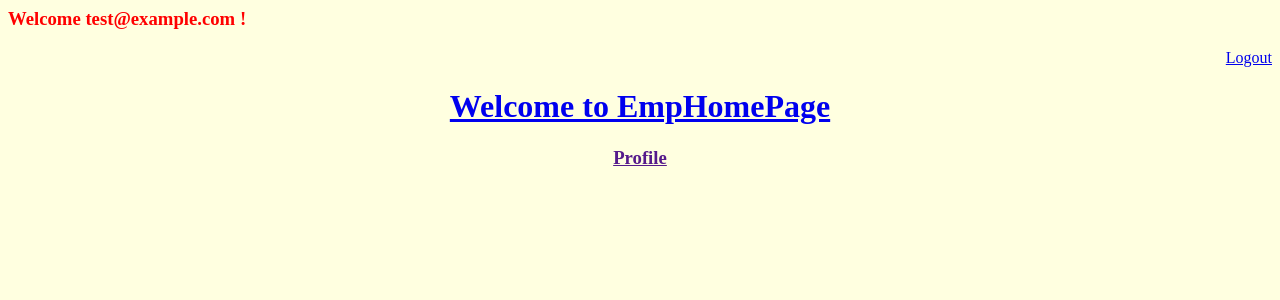
Repository: Ranjith-Kondra/FSD57_MODULE3
Page: http://localhost/EmpWebApp/EmpHomePage
An editor plug-in stored every save of this project. The page is shown before and after the next save, followed by the edit.
The browser window is 1280 px wide. The pictures show the whole page.
The page is served by Tomcat 9. The session is filled in as if someone had signed in: {"emailId": "test@example.com"}. Other server files are loaded and not shown.

Above is the page before, as saved 2024-01-08 09:20:33.

### AdvJava/WorkSpace2/EmpWebApp/src/com/web/EmpHomePage.java
package com.web;

import java.io.IOException;
import java.io.PrintWriter;

import javax.servlet.ServletException;
import javax.servlet.annotation.WebServlet;
import javax.servlet.http.HttpServlet;
import javax.servlet.http.HttpServletRequest;
import javax.servlet.http.HttpServletResponse;
import javax.servlet.http.HttpSession;

@WebServlet("/EmpHomePage")
public class EmpHomePage extends HttpServlet {

	protected void doGet(HttpServletRequest request, HttpServletResponse response) throws ServletException, IOException {
		response.setContentType("text/html");
		PrintWriter out = response.getWriter();

		   //String emailId = request.getParameter("emailId");
		   HttpSession session = request.getSession(false);
		   String emailId = (String) session.getAttribute("emailId");

		    out.println("</html>");
			out.println("<body bgcolor='lightyellow' text='red'>");

			//for username
			out.println("<h3 style = 'color:red;'>Welcome " + emailId +  " !</h3>");
			//For Logout
			out.print("<form align='right'>");
			out.print("<a href='Logout'>Logout</>");
			out.print("<form>");

			out.println("<center>");
			out.println("<h1>Welcome to EmpHomePage</h1>");
		    out.println("<h3><a href = ''>Profile</a></h3>");
		    out.println("</center>");
		    out.println("</body>");
		    out.println("</html>");
	}


	protected void doPost(HttpServletRequest request, HttpServletResponse response) throws ServletException, IOException {

		doGet(request, response);
	}

}

After the next save:
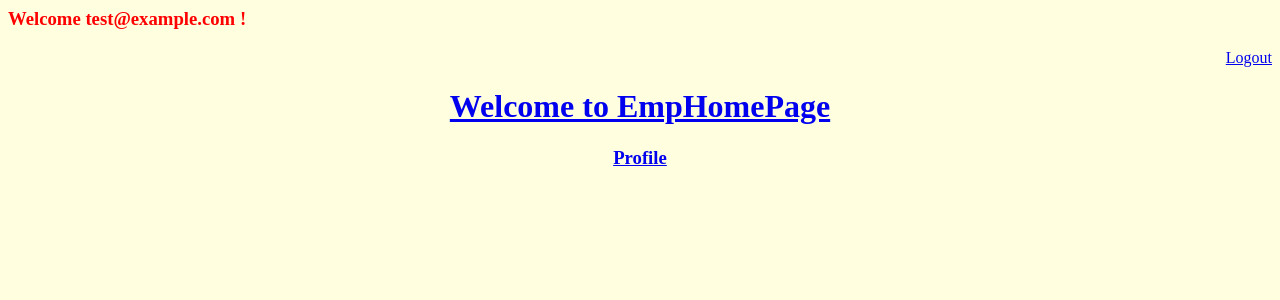
Saved 88 s later.
--- a/AdvJava/WorkSpace2/EmpWebApp/src/com/web/EmpHomePage.java
+++ b/AdvJava/WorkSpace2/EmpWebApp/src/com/web/EmpHomePage.java
@@ -33,7 +33,7 @@ public class EmpHomePage extends HttpServlet {
 
 			out.println("<center>");
 			out.println("<h1>Welcome to EmpHomePage</h1>");
-		    out.println("<h3><a href = ''>Profile</a></h3>");
+		    out.println("<h3><a href = 'Profile'>Profile</a></h3>");
 		    out.println("</center>");
 		    out.println("</body>");
 		    out.println("</html>");
